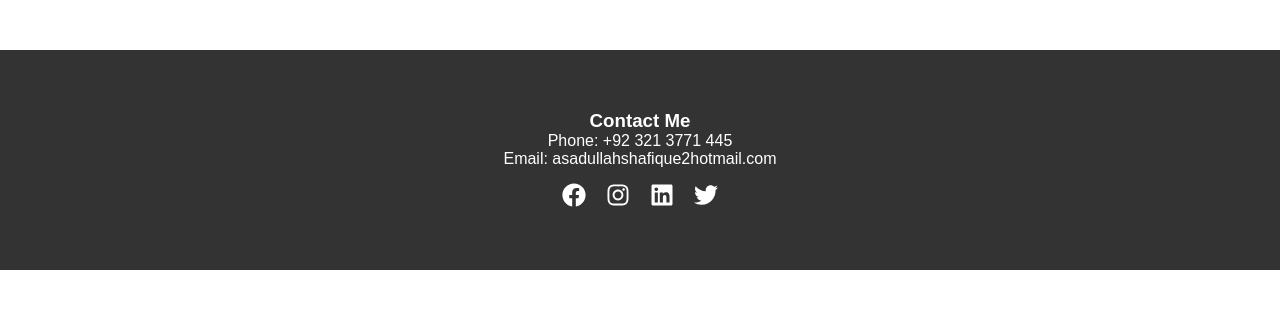
Repository: asadullah48/blog_learning
Page: /footer
These files come from the project's save history. The page is drawn as it stood at one moment and after the next save; the edit follows.
The browser window is 1280 px wide. The pictures show the whole page.
The project was rebuilt for these pictures with package versions that can differ from the ones it lists, and the page was loaded fresh each time. The framework's server and built-in components were replaced by stand-ins that run in the browser. Also part of the build but not shown: next.config.ts.

Above is the page before, as saved 2024-12-27 11:35:43.

After the next save:
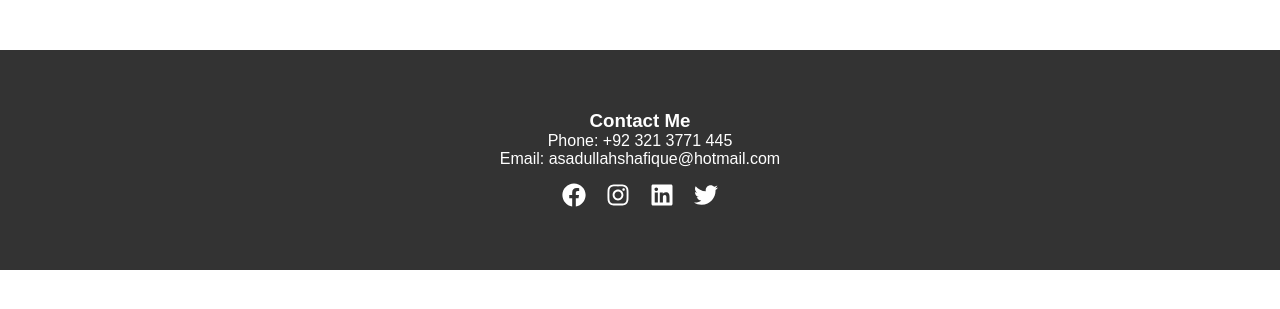
Saved 6 s later.
--- a/src/app/footer/page.tsx
+++ b/src/app/footer/page.tsx
@@ -6,7 +6,7 @@
     <div style={{marginTop:'50px', height: '25vh', backgroundColor: '#333', color: '#fff', display: 'flex', flexDirection: 'column', alignItems: 'center', justifyContent: 'center', padding: '20px'  }}>
       <h3>Contact Me</h3>
       <p>Phone: +92 321 3771 445</p>
-      <p>Email: asadullahshafique2hotmail.com</p>
+      <p>Email: asadullahshafique@hotmail.com</p>
 
       <div style={{ display: 'flex', gap: '20px', marginTop: '15px' }}>
         <a href="https://www.facebook.com/asadullahshafique" target="_blank" rel="noopener noreferrer" style={{ color: '#fff' }}>
